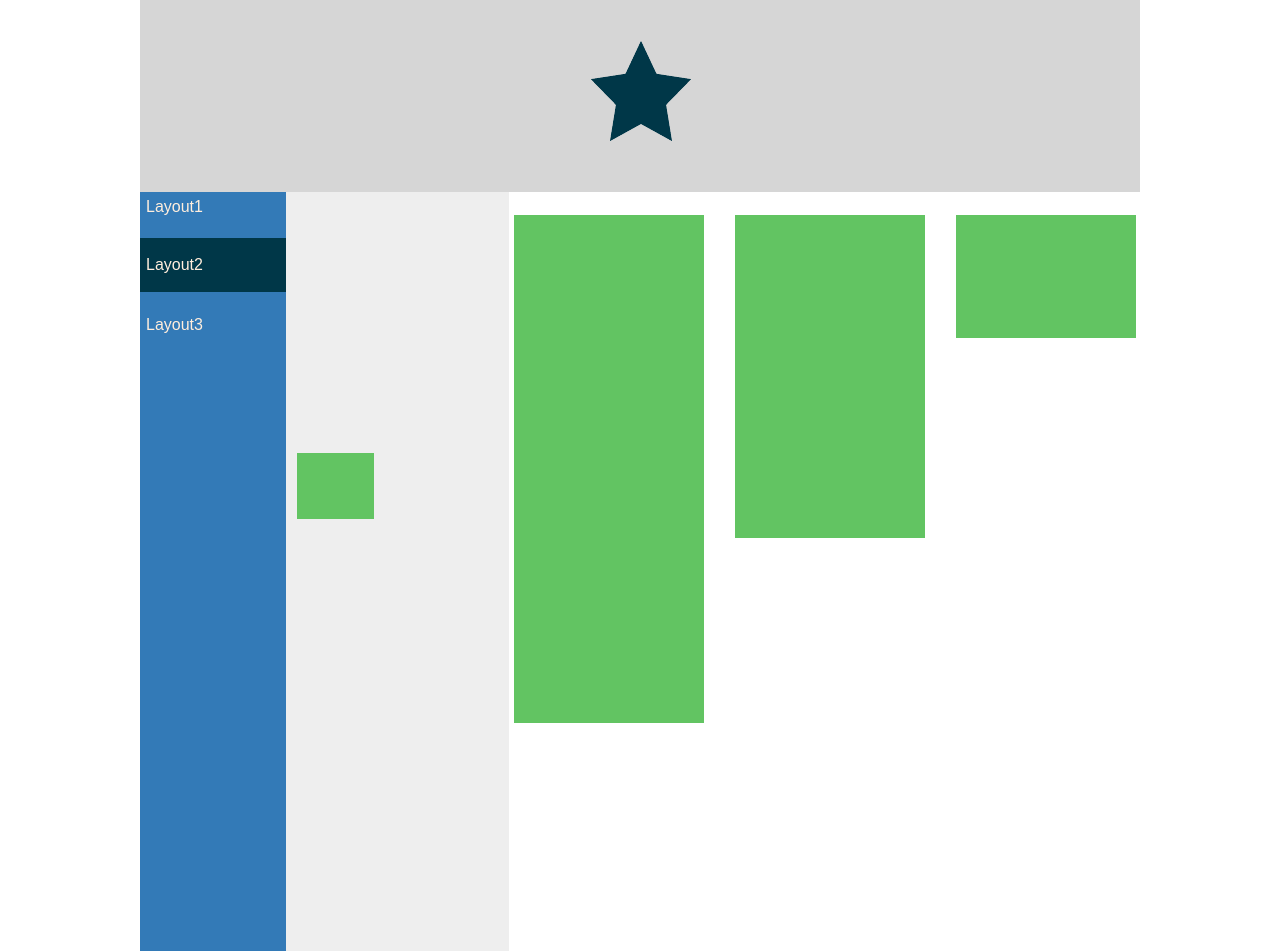
Repository: baliayassin/MyGame
Page: Documents/Aptana Studio 3 Workspace/homeWork2/layOut2.html
An editor plug-in stored every save of this project. The page is shown before and after the next save, followed by the edit.
The browser window is 1280 px wide. The pictures show the whole page.

Above is the page before, as saved 2017-11-29 13:04:27.

After the next save:
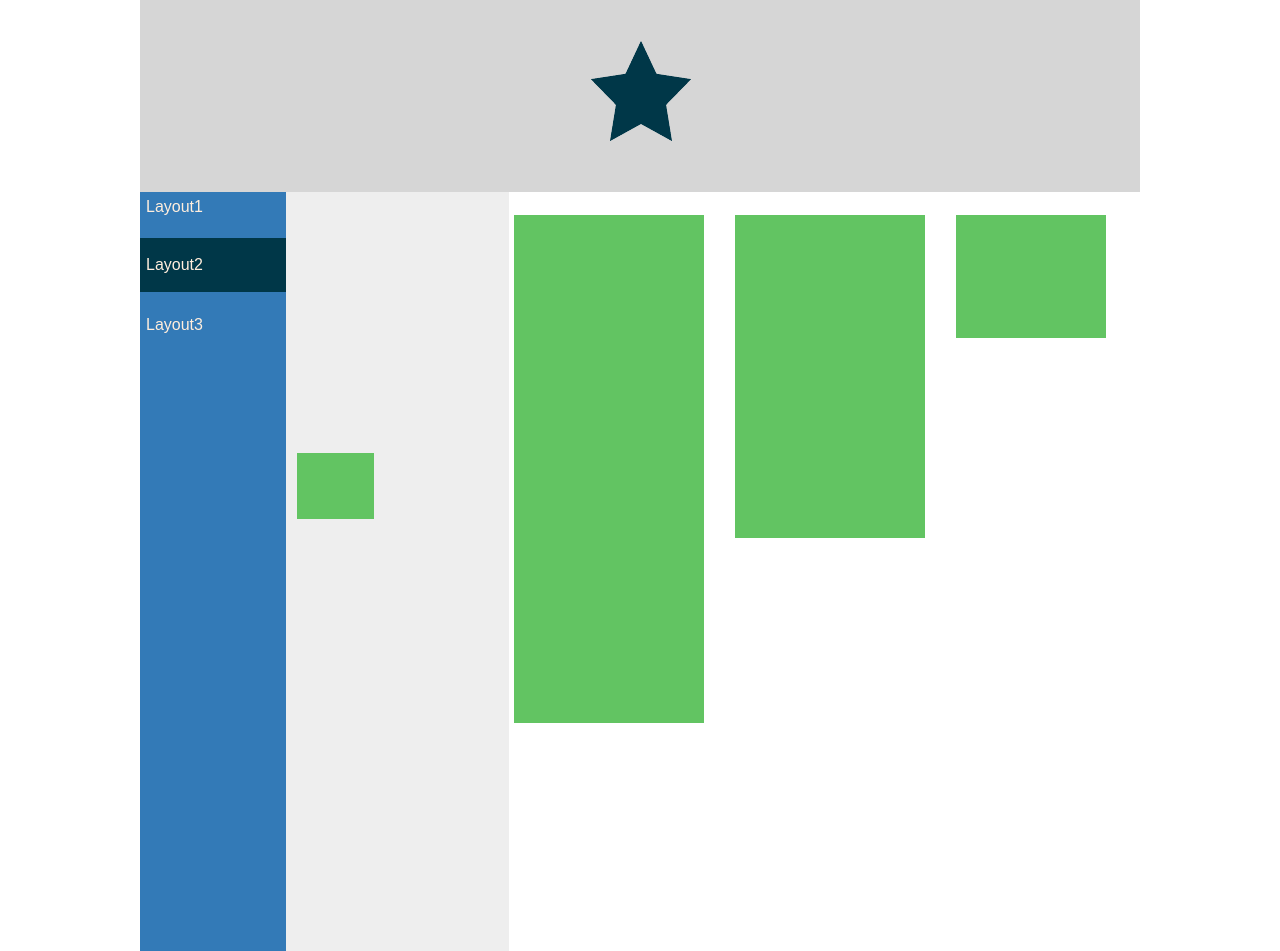
Saved 32 s later.
--- a/Documents/Aptana Studio 3 Workspace/homeWork2/includes/style.css
+++ b/Documents/Aptana Studio 3 Workspace/homeWork2/includes/style.css
@@ -278,7 +278,7 @@ main, nav, aside, footer, section, article, header {
 	background:#62C462;
 	margin-left:31px;
 	height:123px;
-	width:180px;
-	float:left;
-
-}
+	width:150px;
+	float:left;
+
+}
